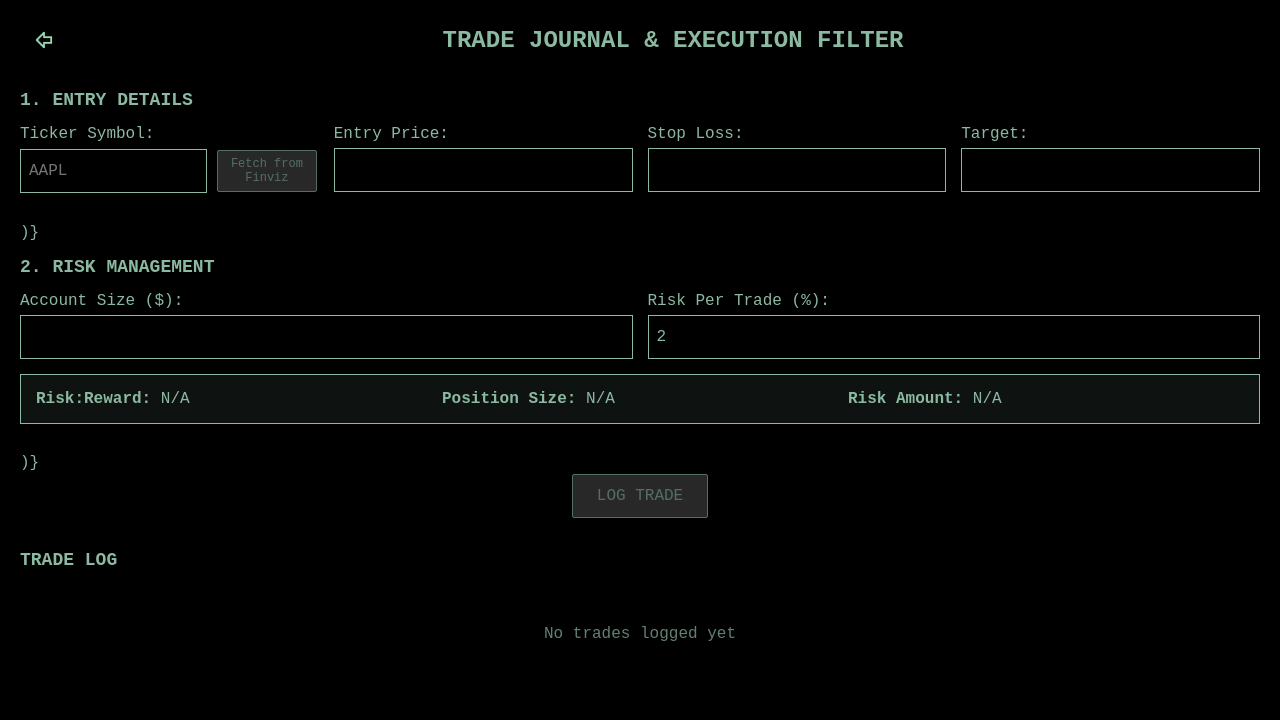
Repository: 11612x/burnlistv1.1
Page: /journal
An editor plug-in stored every save of this project. The page is shown before and after the next save, followed by the edit.
The browser window is 1280 px wide. The pictures show the whole page.
An inner scrolling area shows only its first screen. The project was rebuilt for these pictures with package versions that can differ from the ones it lists, and the page was loaded fresh each time. Also part of the build but not shown: vite.config.js, src/components/CustomTooltip.jsx, src/logic/portfolioUtils.js, src/components/WatchlistChart.jsx, src/data/randomNames.js, src/data/mockTickerGenerator.js, src/components/NotificationBanner.jsx, src/pages/HomePage.jsx and 22 more.

Above is the page before, as saved 2025-07-25 15:21:26.

After the next save:
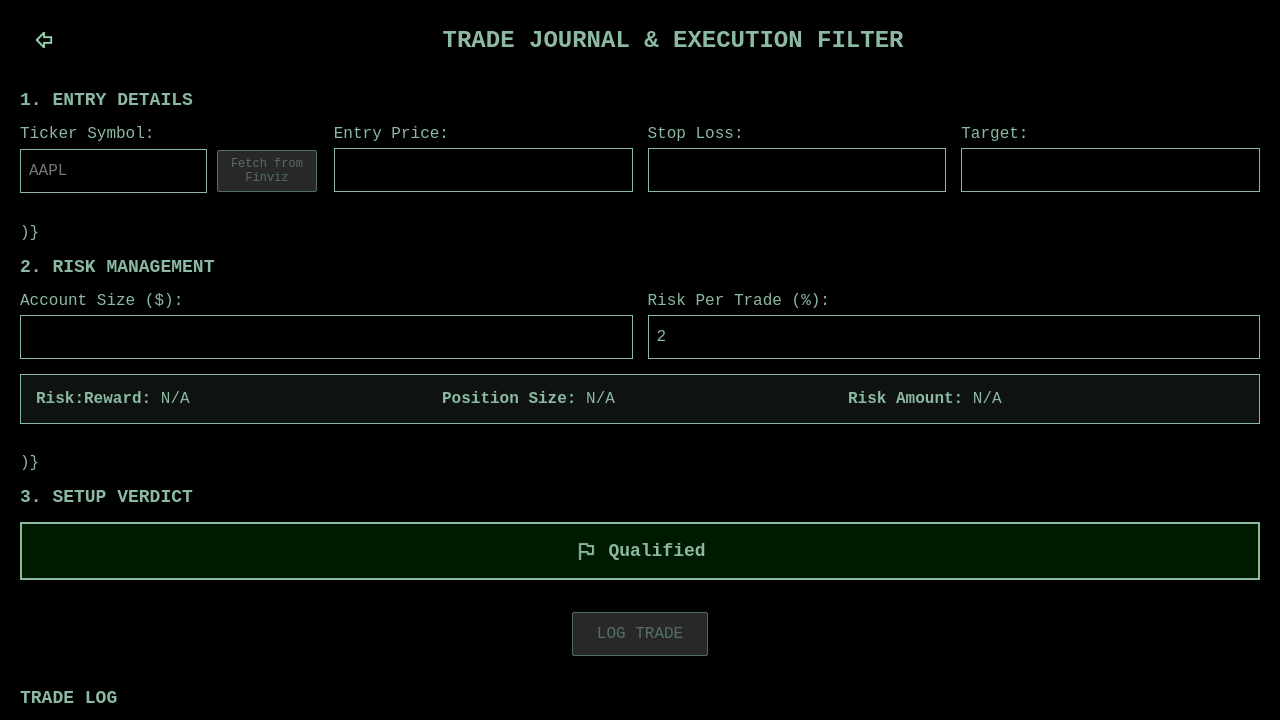
Saved 11 s later.
--- a/src/pages/TradeJournal.jsx
+++ b/src/pages/TradeJournal.jsx
@@ -181,15 +181,8 @@ const TradeJournal = () => {
   };
 
   const getVerdict = () => {
-    if (!selectedSetup || Object.keys(checklistItems).length === 0) return null;
-
-    const totalItems = Object.keys(checklistItems).length;
-    const checkedItems = Object.values(checklistItems).filter(Boolean).length;
-    const failedItems = totalItems - checkedItems;
-
-    if (failedItems === 0) return { type: "qualified", text: "Qualified", flag: greenflag };
-    if (failedItems <= 2) return { type: "discretionary", text: "Discretionary", flag: yellowflag };
-    return { type: "blocked", text: "Blocked", flag: redflag };
+    // Since we removed setup selection, always return qualified
+    return { type: "qualified", text: "Qualified", flag: greenflag };
   };
 
   const handleSubmit = () => {
